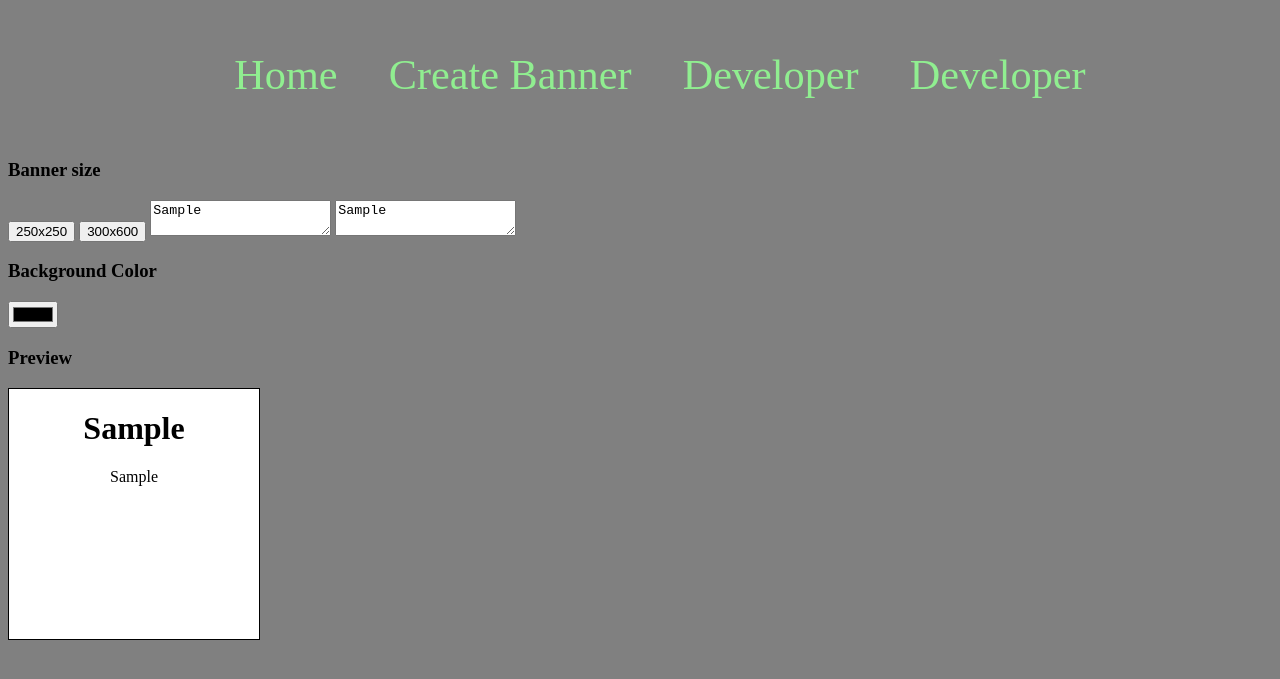
Repository: Yuravolontir/--Baner-Editor--
Page: banner.html
An editor plug-in stored every save of this project. The page is shown before and after the next save, followed by the edit.
The browser window is 1280 px wide. The pictures show the whole page.
Empty fields were first filled with sample values (such as "Sample", 5 or name@example.com).
After loading, the first visible `#\32 50X250` was clicked once.

Above is the page before, as saved 2025-07-15 18:58:38.

### banner.html
<!DOCTYPE html>
<html lang="en">
<head>
    <meta charset="UTF-8">
    <meta name="viewport" content="width=device-width, initial-scale=1.0">
    <title>Document</title>
    <link rel="stylesheet" href="/styles/styles.css">
    <script type="module" src="/scripts/index.js"></script>

</head>
<body>

<nav>
    <ul>
    <li><a href="/dashboard.html">Home</a></li>
    <li><a href="/banner.html">Create Banner</a></li>
    <li><a href="/thanks-to-developer.html">Developer</a></li>
    <li><a href="/thanks-to-developer.html">Developer</a></li>
    </ul>
</nav>
<div class="controls">
<h3>Banner size</h3>
<button id="250X250">250x250</button>
<button id="300X600">300x600</button>
<textarea id="bannerHeading" placeholder="Enter your heading text here..."></textarea>
<textarea id="bannerText" placeholder="Enter your main text here..."></textarea>
<h3>Background Color</h3>
<input type="color" name="favColor">
</div>

<h3>Preview</h3>
<div id="preview">

</div>
</body>
</html>

### styles/styles.css
body {
    background-color: grey;
}

#form-container{
    width: 300px;
    margin: 0 auto;
    padding: 20px;
    background-color: white;
    border-radius: 10px;
    box-shadow: 0 0 10px rgba(0, 0, 0, 0.1);
    display: flex;
    flex-direction: column;
    align-items: center;
    text-align: center;
}


nav {
  margin-top: auto;
  margin-bottom: auto;
  display: flex;
  justify-content:center;
  align-items: center;
  margin-left: auto; /* Push navigation items to the right end */
}
nav ul {
  list-style: none;
  display: flex;
  justify-content: flex-end;
}

nav ul li {
  padding: 2vw;
}

nav ul li a {
  text-decoration: none;
  color: lightgreen;
  font-size: 3.3vw;
}

nav ul li a:hover {
  color: orange;
}

#preview {

}

### scripts/index.js
import {createBanner, updateBannerHeading, updateBannerText, addParagraphOnEnter, updateBannerColor} from "./banner.js";




document.getElementById("250X250").addEventListener('click', createBanner);
document.getElementById("300X600").addEventListener('click', createBanner);


document.getElementById("bannerHeading").addEventListener('input', updateBannerHeading);

document.getElementById("bannerText").addEventListener('input', updateBannerText);
document.getElementById("bannerText").addEventListener('keydown', addParagraphOnEnter);

document.querySelector("input[type='color']").addEventListener('input', updateBannerColor);

### scripts/banner.js





export function createBanner(event) {
    event.preventDefault();
    const blank = document.querySelector("#preview");
    blank.innerHTML = "";
    const div = document.createElement("div");
    div.id = "generatedBanner"; // So we can update it later

    if (event.target.id === "300X600")
    {
    div.style.width = "300px";
    div.style.height = "600px";
    }
     if (event.target.id === "250X250")
    {
     div.style.width = "250px";
     div.style.height = "250px";
    }

    div.style.border = "1px solid black";
    div.style.background = "white";

    const h1 = document.createElement("h1");
    h1.id = "bannerH1"; // So we can update it
    h1.style.textAlign = "center";
    h1.textContent = document.getElementById("bannerHeading").value;

    const p = document.createElement("p");
    p.id = "bannerP"; // So we can update it
    p.style.textAlign = "center";
    p.textContent = document.getElementById("bannerText").value;

    div.appendChild(h1);
    div.appendChild(p);

    blank.appendChild(div);
}
export function updateBannerHeading() {
    const h1 = document.getElementById("bannerH1");
    if (h1) {
        h1.textContent = document.getElementById("bannerHeading").value;
    }
}

export function updateBannerText() {
        const p = document.getElementById("bannerP");
    if (p) {
        p.textContent = document.getElementById("bannerText").value;
    }
}

export function addParagraphOnEnter(event) {
    if (event.key === "Enter") {
        event.preventDefault();

        const p = document.getElementById("bannerP");
        const space = document.createElement("br");
    if (p) {
        p.appendChild(space);
    }
    }
}


export function updateBannerColor() {
    const div = document.getElementById("generatedBanner");
    if (div) {
        div.style.backgroundColor = event.target.value;
        div.style.backgroundColor = document.querySelector("input[type='color']").value;
    }
}

After the next save:
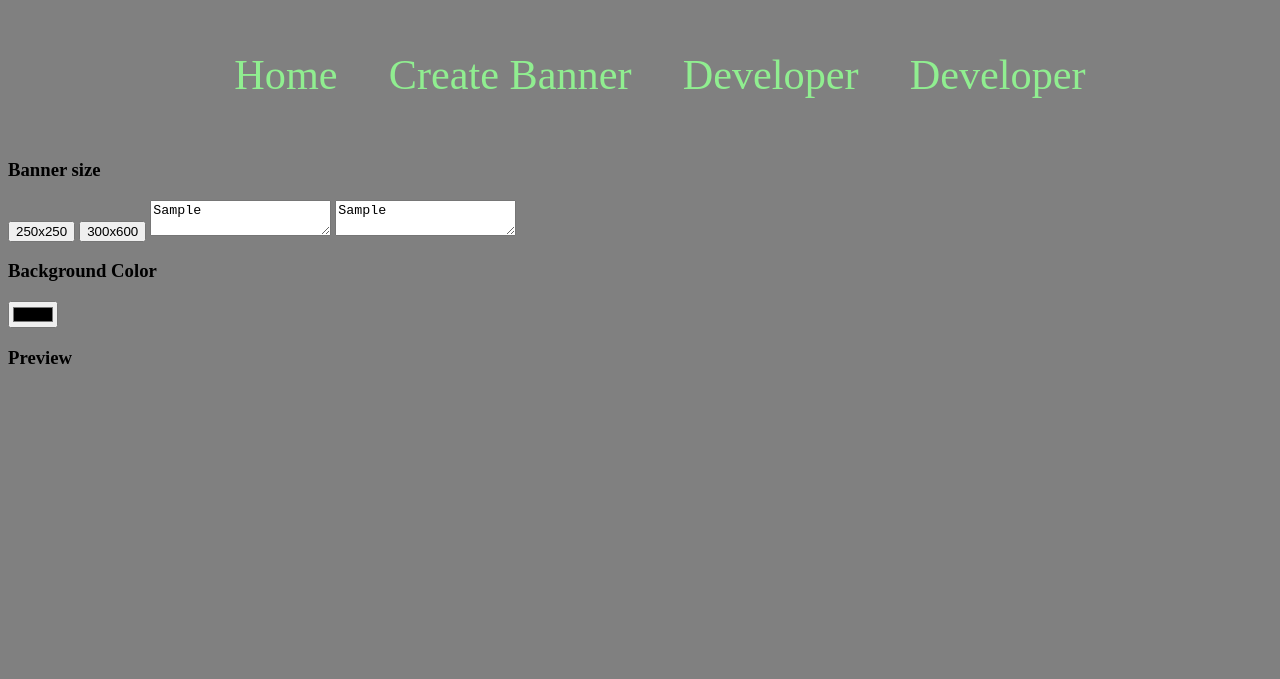
Console error: ReferenceError: p is not defined
Saved 6 min 19 s later.
--- a/scripts/banner.js
+++ b/scripts/banner.js
@@ -29,8 +29,8 @@ export function createBanner(event) {
     h1.style.textAlign = "center";
     h1.textContent = document.getElementById("bannerHeading").value;
 
-    const p = document.createElement("p");
-    p.id = "bannerP"; // So we can update it
+    const pre = document.createElement("pre");
+    pre.id = "bannerP"; // So we can update it
     p.style.textAlign = "center";
     p.textContent = document.getElementById("bannerText").value;
 
